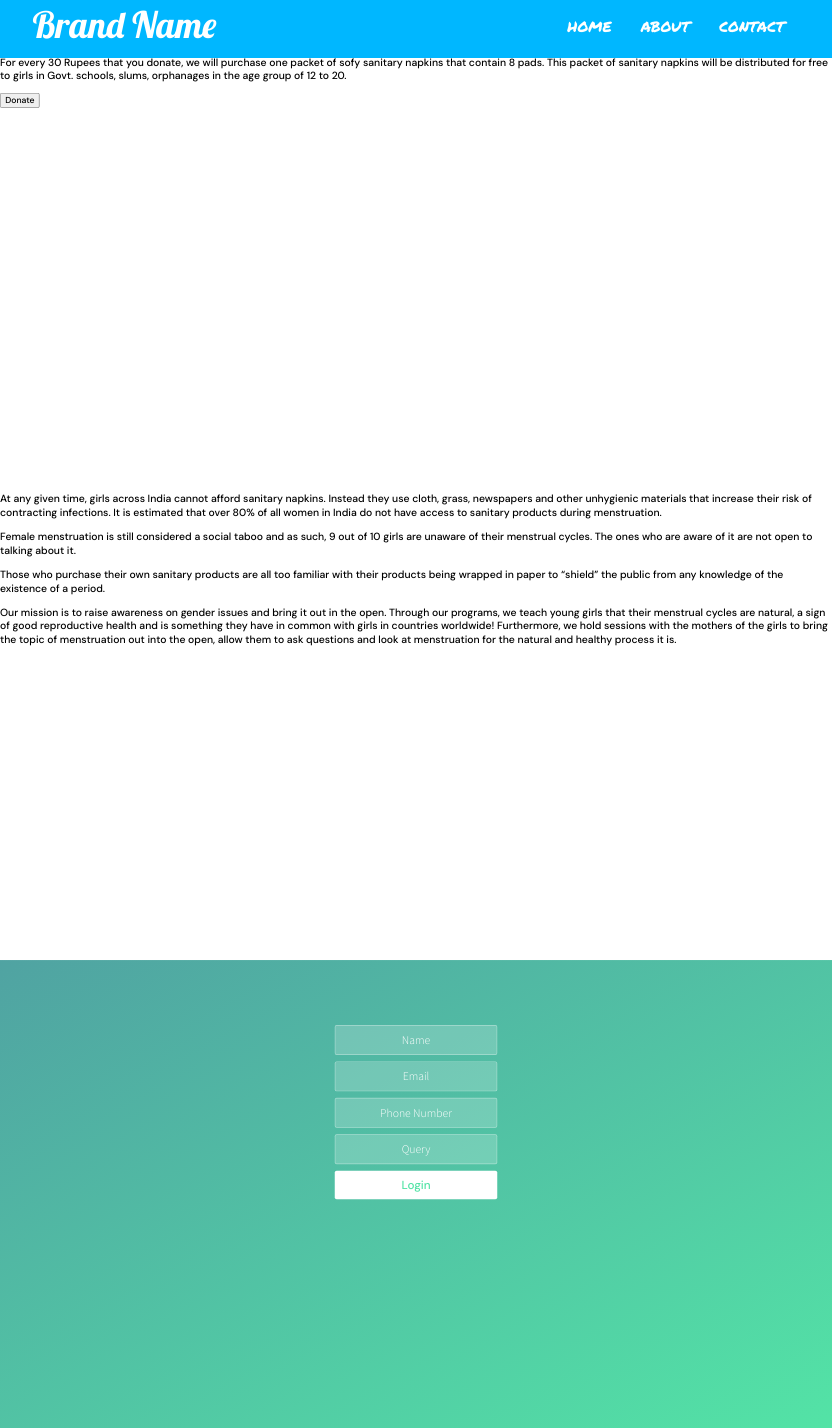
Repository: Jrap-bit/PeriodofSharing
Page: index.html
An editor plug-in stored every save of this project. The page is shown before and after the next save, followed by the edit.
The browser window is 1280 px wide. The pictures show the whole page, at 65% of full size.

Above is the page before, as saved 2022-01-15 13:04:29.

### index.html
<!DOCTYPE html>
<html lang="en">
  <head>
    <meta charset="UTF-8" />
    <meta http-equiv="X-UA-Compatible" content="IE=edge" />
    <meta name="viewport" content="width=device-width, initial-scale=1.0" />
    <link rel="stylesheet" href="style.css" />
    <title>#PeriodofSharing</title>
  </head>
  <body>
    <nav class="navbar">
      <div class="brand-title">Brand Name</div>
      <a href="#" class="toggle-button">
        <span class="bar"></span>
        <span class="bar"></span>
        <span class="bar"></span>
      </a>
      <div class="navbar-links">
        <ul>
          <li><a href="#Home">HOME</a></li>
          <li><a href="#About">ABOUT</a></li>
          <li><a href="#Contact">CONTACT</a></li>
        </ul>
      </div>
    </nav>
    <div id="Home" class="home">
      <h1>#PeriodofSharing</h1>
      <p>
        For every 30 Rupees that you donate, we will purchase one packet of sofy
        sanitary napkins that contain 8 pads. This packet of sanitary napkins
        will be distributed for free to girls in Govt. schools, slums,
        orphanages in the age group of 12 to 20.
      </p>
      <div>
        <a href="Donate.html"><button class="donate-button">Donate</button></a>
      </div>
    </div>
    <div id="About" class="about">
      <p>
        At any given time, girls across India cannot afford sanitary napkins.
        Instead they use cloth, grass, newspapers and other unhygienic materials
        that increase their risk of contracting infections. It is estimated that
        over 80% of all women in India do not have access to sanitary products
        during menstruation.
      </p>
      <p>
        Female menstruation is still considered a social taboo and as such, 9
        out of 10 girls are unaware of their menstrual cycles. The ones who are
        aware of it are not open to talking about it.
      </p>
      <p>
        Those who purchase their own sanitary products are all too familiar with
        their products being wrapped in paper to “shield” the public from any
        knowledge of the existence of a period.
      </p>
      <p>
        Our mission is to raise awareness on gender issues and bring it out in
        the open. Through our programs, we teach young girls that their
        menstrual cycles are natural, a sign of good reproductive health and is
        something they have in common with girls in countries worldwide!
        Furthermore, we hold sessions with the mothers of the girls to bring the
        topic of menstruation out into the open, allow them to ask questions and
        look at menstruation for the natural and healthy process it is.
      </p>
    </div>
    <div class="contact" id="Contact">
      <div class="wrapper">
        <div class="container">
          <form class="form">
            <input type="text" placeholder="Name" />
            <input type="text" placeholder="Email" />
            <input type="text" placeholder="Phone Number" />
            <input type="text" placeholder="Query" />
            <button type="submit" id="login-button">Login</button>
          </form>
        </div>
      </div>
    </div>
  </body>
</html>

### style.css
@import url('https://fonts.googleapis.com/css2?family=DM+Sans:wght@500&display=swap');
@import url('https://fonts.googleapis.com/css2?family=Bebas+Neue&family=Lobster&family=Permanent+Marker&display=swap');
@import url('https://fonts.googleapis.com/css?family=Source+Sans+Pro:200,300');


* {
    box-sizing: border-box;
    font-family: 'DM Sans', sans-serif;
    font-weight: 300;
}

body {
    margin: 0;
    padding: 0;
    font-family: 'Source Sans Pro', sans-serif;
	 color: black;
	 font-weight: 300;
}

body ::-webkit-input-placeholder {
    font-family: 'Source Sans Pro', sans-serif;
    color: white;
    font-weight: 300;
}
body :-moz-placeholder {
    font-family: 'Source Sans Pro', sans-serif;
    color: white;
    opacity: 1;
    font-weight: 300;
}
body ::-moz-placeholder {
    font-family: 'Source Sans Pro', sans-serif;
    color: white;
    opacity: 1;
    font-weight: 300;
}
body :-ms-input-placeholder {
    font-family: 'Source Sans Pro', sans-serif;
    color: white;
    font-weight: 300;
}
.wrapper {
    background: #50a3a2;
    background: -webkit-linear-gradient(top left,#50a3a2 0%,#53e3a6 100%);
    background: -moz-linear-gradient(top left,#50a3a2 0%,#53e3a6 100%);
    background: -o-linear-gradient(top left,#50a3a2 0%,#53e3a6 100%);
    background: linear-gradient(to bottom right,#50a3a2 0%,#53e3a6 100%);
    position: absolute;
    left: 0;
    width: 100%;
    height: 100vh;
    /* margin-top: -200px; */
    overflow: hidden;
}
.wrapper.form-success .container h1 {
    transform: translateY(85px);
}
.container {
    max-width: 600px;
    margin: 0 auto;
    padding: 80px 0;
    height: 400px;
    text-align: center;
}
.container h1 {
    font-size: 40px;
    transition-duration: 1s;
    transition-timing-function: ease-in-put;
    font-weight: 200;
}
form {
    padding: 20px 0;
    position: relative;
    z-index: 2;
}
form input {
    display: block;
    appearance: none;
    outline: 0;
    border: 1px solid rgba(255,255,255,0.4);
    background-color: rgba(255,255,255,0.2);
    width: 250px;
    border-radius: 3px;
    padding: 10px 15px;
    margin: 0 auto 10px auto;
    text-align: center;
    font-size: 18px;
    color: white;
    transition-duration: 0.25s;
    font-weight: 300;
}
form input:hover {
    background-color: rgba(255,255,255,0.4);
}
form input:focus {
    background-color: white;
    width: 300px;
    color: #53e3a6;
}
form button {
    appearance: none;
    outline: 0;
    background-color: white;
    border: 0;
    padding: 10px 15px;
    color: #53e3a6;
    border-radius: 3px;
    width: 250px;
    cursor: pointer;
    font-size: 18px;
    transition-duration: 0.25s;
}
form button:hover {
    background-color: #f5f7f9;
}

html{
    scroll-behavior: smooth;
}

.donate-button{

}

.navbar{
    display: flex;
    justify-content: space-between;
    align-items: center;
    background-color: rgb(0, 183, 255);
    color: white;
    width: 100%;
    margin-top: -30px;
    position: fixed;
}

.brand-title{
    font-family: 'Lobster', cursive;
    font-size: 3.5rem;
    margin: 10px 50px;
    margin-bottom: 15px;

}

.navbar-links ul{
    margin: 10px 50px 10px 50px;
    display: flex;
}

.navbar-links li {
    font-family: 'Permanent Marker', cursive;
    font-weight: bold;
    list-style: none;
    font-size: 1.4rem;

}

.navbar-links li a{
    font-family: 'Permanent Marker', cursive;
    text-decoration: none;
    color: white;
    padding: 1.4rem;
    display: block;
}

.navbar-links li:hover{
    background-color: rgb(1, 54, 75);
}

.toggle-button {
    position: absolute;
    top: .75rem;
    right: 1rem;
    display: none;
    flex-direction: column;
    justify-content: space-between;
    width: 30px;
    height: 21px;
}

.toggle-button .bar{
    height: 3px;
    width: 100%;
    background-color: white;
    border-radius: 10px;
}
.about{
    height: 100vh;

}

.home{
    height: 100vh;
}

@media (max-width: 800px) {
    .toggle-button{
        display: flex;
    }
    .navbar-links{
        display: none;
        width: 100%;
    }

    .navbar{
        flex-direction: column;
        align-items: flex-start;
    }

    .navbar-links ul {
        flex-direction: column;
        width: 100%;

    }

    .navbar-links li{
        text-align: center;
    }

    .navbar-links li a{
        padding: 0.5rem 1rem;
    }

    .navbar-links.active{
        display: flex;
    }

    .toggle-button:hover{
        background-color: #666;
    }
}

After the next save:
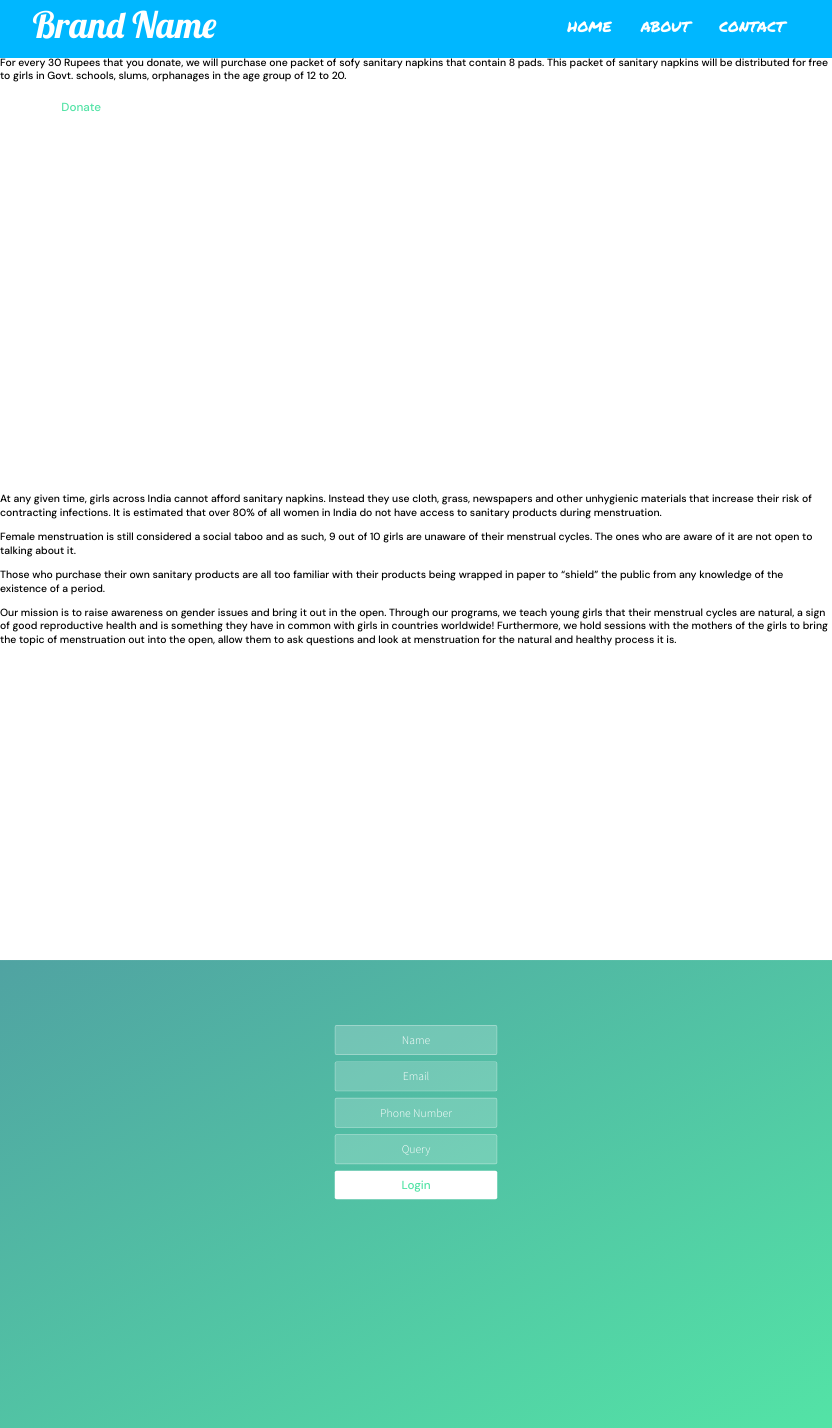
Saved 12 s later.
--- a/style.css
+++ b/style.css
@@ -119,7 +119,17 @@ html{
 }
 
 .donate-button{
-
+    appearance: none;
+    outline: 0;
+    background-color: white;
+    border: 0;
+    padding: 10px 15px;
+    color: #53e3a6;
+    border-radius: 3px;
+    width: 250px;
+    cursor: pointer;
+    font-size: 18px;
+    transition-duration: 0.25s;
 }
 
 .navbar{
